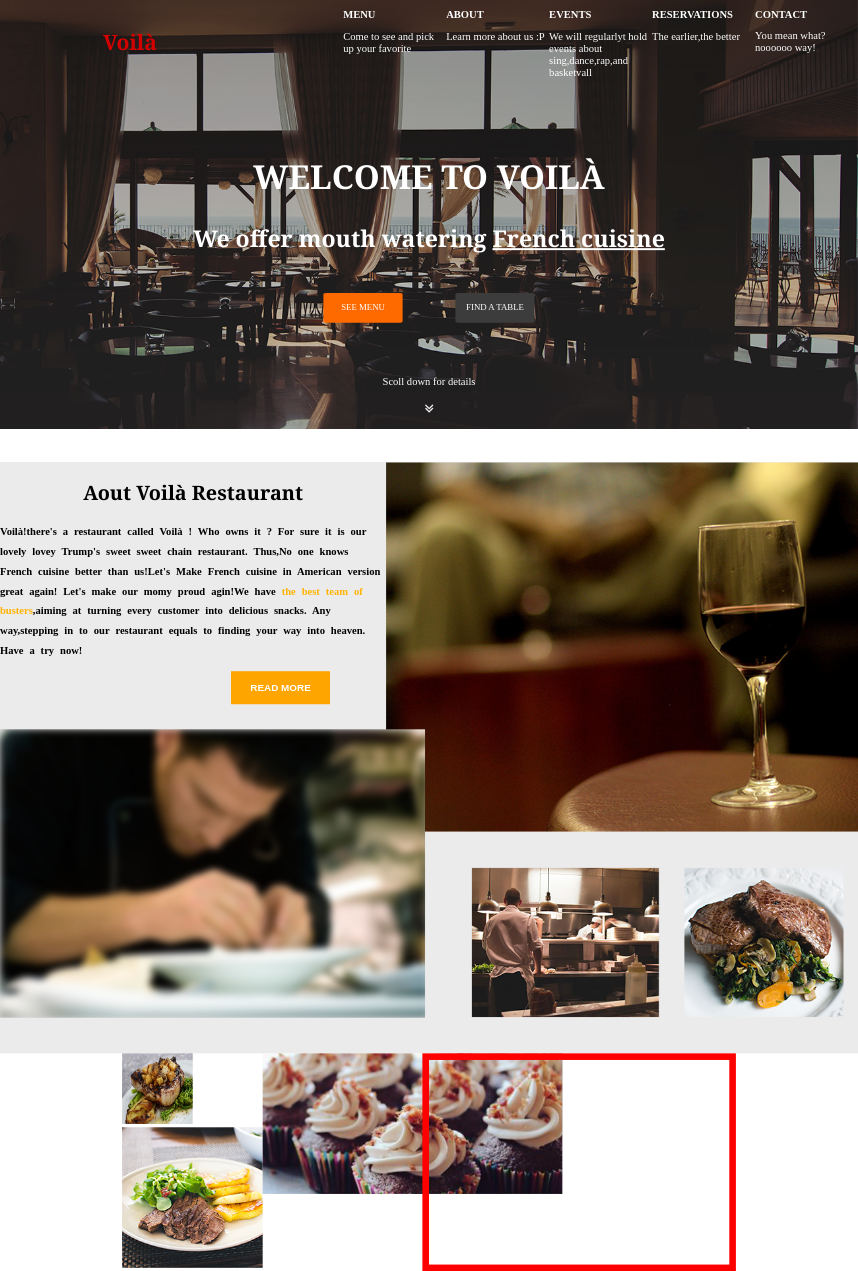
Repository: sis-shen/HTML_vsc
Page: adc_v2/index.html
An editor plug-in stored every save of this project. The page is shown before and after the next save, followed by the edit.
The browser window is 1280 px wide. The page is 1300 px wide, so the pictures cover 1300 px, including what lies to the right of the window. The pictures show the whole page, at 66% of full size.

Above is the page before, as saved 2023-08-17 09:15:42.

### adc_v2/index.html
<!DOCTYPE html>
<html lang="zh-CN">
<head>
    <meta charset="UTF-8">
    <meta name="viewport" content="width=device-width, initial-scale=1.0">
    <title>王八餐厅</title>
    <link rel="stylesheet" href="style.css">
    <link rel="shotcut icon" href="img/王者.png">
</head>
<body>
    <div class="top-box">
        <div class="nav">
            <div class="t-left"><h1>Voilà </h1></div>

            <div class="t-right">
                <div class="nav-box"><a href="menu.html" target="_blank"><h2>MENU</h2></a>
                    <p>Come to see and pick up your favorite</p></div>
                <div class="nav-box"> <a href="about.html" target="_blank"><h2>ABOUT</h2></a>
                    <p>Learn more about us :P</p></div>
                <div class="nav-box"><a href="events.html" target="_blank"><h2>EVENTS</h2></a>
                    <p>We will regularlyt hold events about sing,dance,rap,and basketvall</p></div>
                <div class="nav-box"> <a href="restaurants.html" target="_blank"><h2>RESERVATIONS</h2></a>
                    <p>The earlier,the better</p></div>
                <div class="nav-box"><a href="contact.html" target="_blank"><h2>CONTACT</h2></a>
                    You mean what?noooooo way!</div>
            </div>
        </div>

        <h1 id="wel">WELCOME TO VOILÀ</h1>
        <h3>We offer mouth watering <u>French cuisine</u></h3>

        <div class="button-box">
            <div class="b-left">
                <a href="menu.html" target="_blank"><button>SEE MENU</button></a>
            </div>
            <div class="b-right">
                <a href="table.index" target="_blank"><button>FIND A TABLE</button></a>
            </div>
        </div>

        <h4>Scoll down for details</h4>

        <div class="down-arrow">
            <img src="img/down-arrow-icon.png" alt="">

        </div>
    </div>

    <!-- =============================================== -->

    <div class="top2-box">
        <div class="up-box">
            <div class="up-left">
                <h2>Aout Voilà Restaurant</h2>
                <p>Voilà!there's a restaurant called Voilà ! Who owns it ? For sure it is our lovely lovey Trump's sweet sweet chain restaurant. Thus,No one knows French cuisine better than us!Let's Make French cuisine in American version great again! Let's make our momy proud agin!We have <a href="https://g.nga.cn/read.php?tid=22017775&rand=757" target="_blank"> the best team of busters</a>,aiming at turning every customer into delicious snacks. Any way,stepping in to our restaurant equals to finding your way into heaven. Have a try now!</p>

                <a href="about.index" target="_blank"><button>READ MORE</button></a>

            </div>

            <div class="up-right">
                <img src="img/glass of wine.png" alt="">
            </div>
        </div>
        <div class="down-box">
            <div class="down-left"><img src="img/Eric-McGregor-flickr.png" alt="eric"></div>
            <div class="down-right">
                <div class="left"><img src="img/Restaurant kitchen.png" alt=""></div>
                <div class="right"><img src="img/foodiesfeed.com_excelent-beef-steak-vegetables.png" alt=""> </div>
            </div>

        </div>
    </div>

    <!-- =========================================== -->

    <div class="cuisine-box">
        <div class="left-dish-box">
            <div class="uper">
                <div class="left"><img src="img/Steak and vegetables - Foodies Feed.png" alt="" ></div>
                <div class="right"> <img src="img/Beef-steak-pineapple-salad Foodies Feed.png" alt=""  ></div>

            </div>

            <div class="clear-fix"></div>

            <div class="downer">
                <img src="img/Cup cakes.png" alt="">
            </div>
        </div>

        <div class="right-p"></div>


    </div>



</body>
</html>

### adc_v2/style.css

body {
    box-sizing: border-box;
    font-family:Georgia, 'Times New Roman', Times, serif;

    width: 1300px;

    margin: 0 auto;

}

.clear-fix{
    clear: both;
}

/* =======top-box===== */

.top-box{
    margin:auto;

    width: 1300px;
    height: 650px;
    background-image: url("img/top.png");
    background-repeat: no-repeat;

    /* border: red solid 10px; */

}

.nav {
    width: 100%;
    height: 200px;
    /* background-color: rgba(0, 255, 255, 0.207); */
    display: flex;
}

.t-left{
    height:100%;
    width: 40%;
    /* background-color: rgba(255, 0, 0, 0.236); */
}

.t-right{
    display: flex;
    height: 100%;
    width:60%;
    font-family: 微软雅黑;
}

.nav-box{
    width: 20%;
    height: 100%;
    /* background-color: rgba(255, 255, 0, 0.149); */
    color: #fff;
}

.nav-box a{
    text-decoration: none;
    color: #fff;
}

.top-box h2{
    font-size:medium
}

.t-left h1{
    color:rgb(212, 0, 0);
    position: relative;
    left:30%;
    top:20px;
}

#wel{
    text-align: center;
    color: #fff;

    font-size: 50px;
}

.top-box h3{
    text-align: center;
    color: #fff;
    font-size: 35px;
}

.button-box{
    display: flex;
    align-items: center;
    justify-content: center;
    margin-top: 60px;
}

.button-box button{
    width: 120px;
    height: 45px;
    margin-inline: 40px;
    font-family: 微软雅黑;
    color: #fff;
}

.b-left button{
    background-color: rgb(255, 106, 0);
    border: 0;
    border-radius: 5%;
}

.b-left button:hover{
    background-color: rgb(205, 85, 0);

}

.b-right button{
    background-color: rgb(60, 60, 60);
    border: 0;
    border-radius: 5%;

}

.b-right button:hover{
    background-color: rgb(35, 35, 35);

}

.top-box h4{
    text-align: center;
    color: #fff;
    font-family: 微软雅黑;
    font-weight:normal;
    margin-top: 80px;
}


.down-arrow {
    text-align: center;
}



/* ===========top2-box============== */

.top2-box{
    background-color: #ebebeb;
    padding-bottom: 50px;
}

.top2-box .up-box
{

    margin-top: 50px;
    display: flex;

    /* border: red solid 10px; */
}

.top2-box .up-left{
    width: 45%;
    min-height: 200px;

    /* border: red solid 10px; */

}

.top2-box .up-right{
    width: 55%;
    min-height: 200px;
}

.up-right img{
    width: 100%;
}

.up-left h2{
    text-align: center;
    font-size: 30px;
}

.up-left p{
    line-height: 30px;
    word-spacing: 5px;
    font-family: 微软雅黑;
    font-weight: bold;
}

.up-left p a {
    text-decoration: none;
    color: rgb(255, 179, 0);
}

.up-left p a:hover{
    color: rgb(193, 135, 0);

}

.up-left button{
    background-color:orange;
    height: 50px;
    width:150px;
    color: #fff;
    font-size: 15px;
    font-weight: bold;
    border: 0;
    margin-left: 350px;
}

.up-left button:hover{
    background-color:rgb(213, 139, 0);

}

.down-box{
    display: flex;
}



.down-right{
    margin-top: 50px;
    width: 45%;
    /* border: red solid 10px; */
    display: flex;

}

.down-right .left{
    width: 45%;
    /* margin-left:5%; */
    margin-right: 10%;
    /* border: red solid 10px; */

}

.down-right .right{
    width: 45%;
    /* border: red solid 10px; */

}

.down-left{
    width: 55%;
    max-height: 250px;
}

.down-left img{
    width: 90%;
    position: relative;
    top:-10em
}

.cuisine-box {
    width: 100%;

    display: flex;
    justify-content: center;

    .left-dish-box{
        width: 455px;
        display: flex;

        /* border: red solid 10px; */


        .uper{
            margin: 0;

            .left{
                width: 50%;
                img{
                    width: 100%;
                }
            }

            .right{
                width: 50%;
            }
        }

        .downer{

        }

    }

    .right-p{
        width: 455px;
        border: red solid 10px;

    }
}

After the next save:
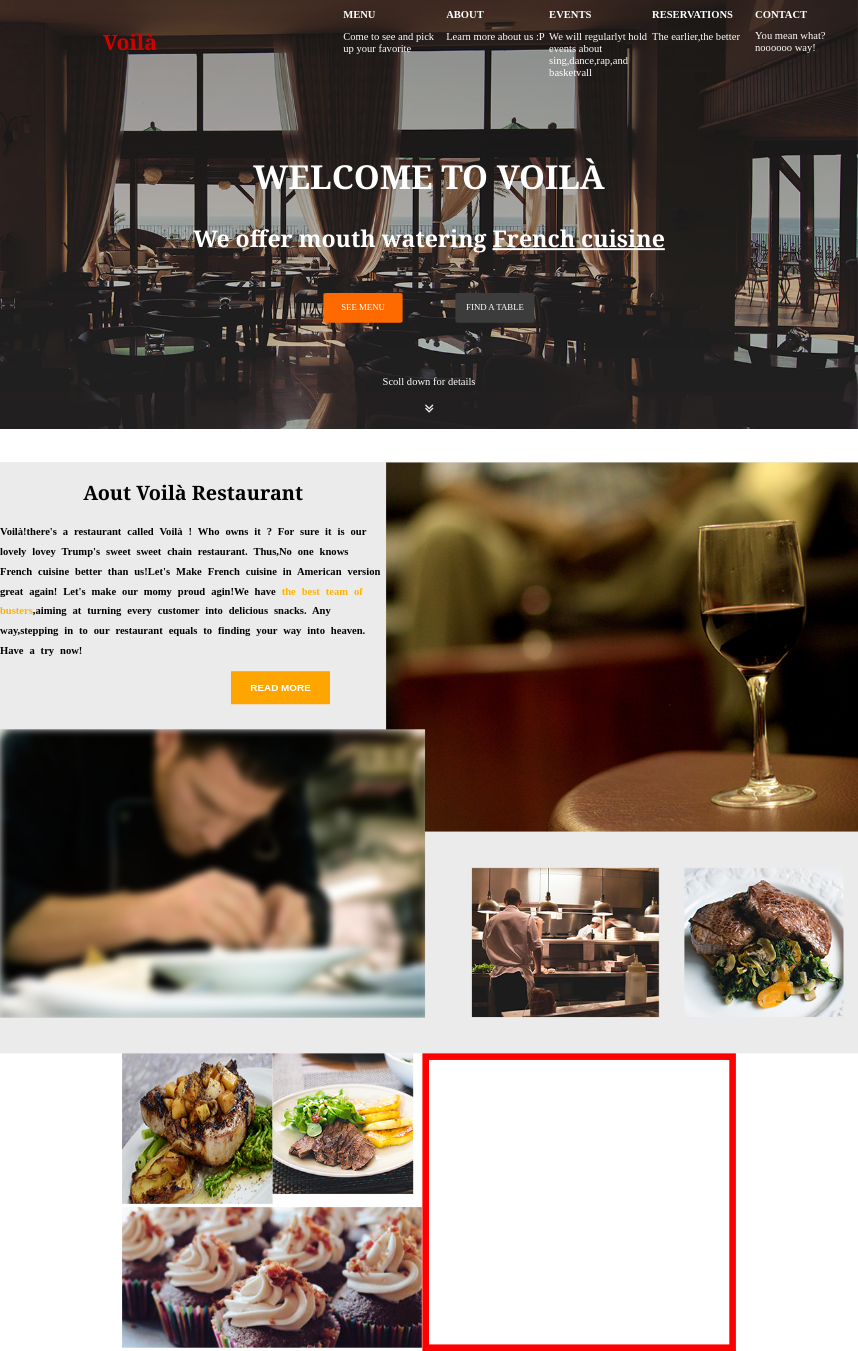
Saved 21 s later.
--- a/adc_v2/style.css
+++ b/adc_v2/style.css
@@ -254,13 +254,14 @@ body {
 
     .left-dish-box{
         width: 455px;
-        display: flex;
 
         /* border: red solid 10px; */
 
 
         .uper{
             margin: 0;
+            display: flex;
+
 
             .left{
                 width: 50%;
